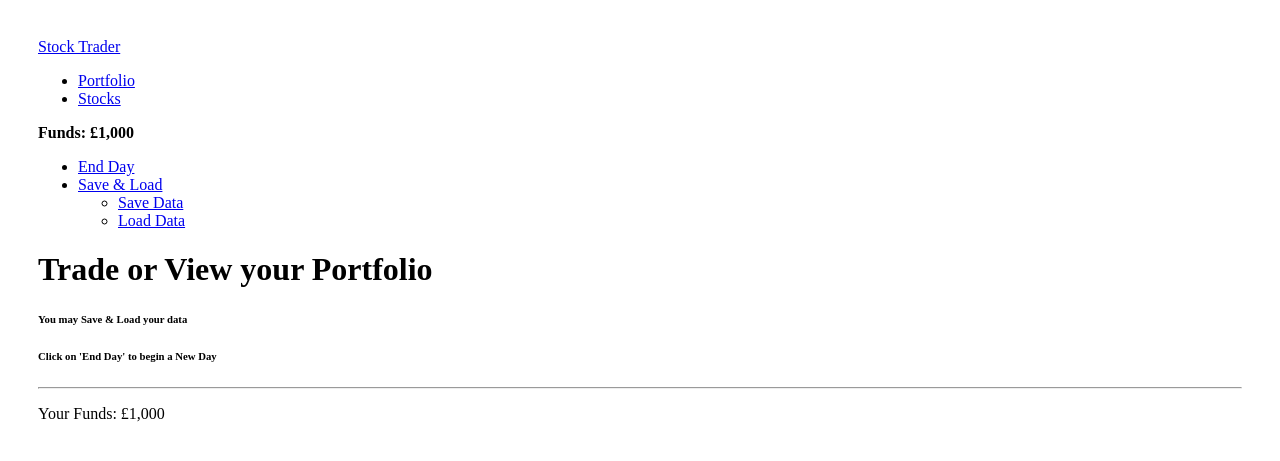
Repository: DaveBaulch/vue-course-stock-trader
Page: /
The author's editor kept a copy of each file at every save. The page is drawn from the files as they stood at one save, then again after a run of saves.
The browser window is 1280 px wide. The pictures show the whole page.
The project was rebuilt for these pictures with package versions that can differ from the ones it lists, and the page was loaded fresh each time. Also part of the build but not shown: webpack.config.js, src/components/portfolio/Stock.vue, src/components/portfolio/Portfolio.vue, src/components/stocks/Stock.vue, src/components/stocks/Stocks.vue.

Above is the page before, as saved 2021-01-25 14:06:40.

### src/main.js
import Vue from 'vue';
import VueRouter from 'vue-router';
import App from './App.vue';
import { routes } from './routes';
import store from './store/store.js';

Vue.use(VueRouter);

Vue.filter('currency', (value) => {
  return '£' + value.toLocaleString();
});

const router = new VueRouter({
  mode: 'history',
  routes
});

new Vue({
  el: '#app',
  router,
  store,
  render: (h) => h(App)
});

### src/App.vue
<template>
  <div class="container">
    <app-header></app-header>
    <div class="row">
      <div class="col-xs-12">
        <transition name="slide" mode="out-in">
          <router-view></router-view>
        </transition>
      </div>
    </div>
  </div>
</template>

<script>
import Header from './components/Header.vue';
export default {
  components: {
    appHeader: Header
  },
  created() {
    this.$store.dispatch('initStocks');
  }
};
</script>

<style>
body {
  padding: 30px;
}

.slide-enter-active {
  animation: slide-in 200ms ease-out forwards;
}

.slide-leave-active {
  animation: slide-out 200ms ease-out forwards;
}

@keyframes slide-in {
  from {
    opacity: 0;
    transform: translateY(-30px);
  }
  to {
    opacity: 1;
    transform: translateY(0);
  }
}

@keyframes slide-out {
  from {
    opacity: 1;
    transform: translateY(0);
  }
  to {
    opacity: 0;
    transform: translateY(-30px);
  }
}
</style>

### src/routes.js
import Home from './components/Home.vue';
import Portfolio from './components/portfolio/Portfolio.vue';
import Stocks from './components/stocks/stocks.vue';

export const routes = [
  { path: '/', component: Home },
  { path: '/portfolio', component: Portfolio },
  { path: '/stocks', component: Stocks }
];

### src/store/store.js
import Vue from 'vue';
import Vuex from 'vuex';
import stocks from './modules/stocks.js';
import portfolio from './modules/portfolio.js';

Vue.use(Vuex);

const store = new Vuex.Store({
  modules: {
    stocks,
    portfolio
  }
});

export default store;

### src/components/Header.vue
<template>
  <nav class="navbar navbar-default">
    <div class="container-fluid">
      <div class="navbar-header">
        <router-link to="/" class="navbar-brand">Stock Trader</router-link>
      </div>

      <div class="collapse navbar-collapse">
        <ul class="nav navbar-nav">
          <router-link to="/portfolio" activeClass="active" tag="li"
            ><a>Portfolio</a></router-link
          >
          <router-link to="/stocks" activeClass="active" tag="li"
            ><a>Stocks</a></router-link
          >
        </ul>
        <strong class="navbar-text navbar-right"
          >Funds: {{ funds | currency }}</strong
        >

        <ul class="nav navbar-nav navbar-right">
          <li><a href="#" @click="endDay">End Day</a></li>
          <li class="dropdown">
            <a
              href="#"
              class="dropdown-toggle"
              data-toggle="dropdown"
              role="button"
              aria-haspopup="true"
              aria-expanded="false"
              >Save & Load <span class="caret"></span
            ></a>
            <ul class="dropdown-menu">
              <li><a href="#">Save Data</a></li>
              <li><a href="#">Load Data</a></li>
            </ul>
          </li>
        </ul>
      </div>
      <!-- /.navbar-collapse -->
    </div>
    <!-- /.container-fluid -->
  </nav>
</template>

<script>
import { mapActions } from 'vuex';
export default {
  data() {
    return {
      isDropdownOpen: false
    };
  },
  computed: {
    funds() {
      return this.$store.getters.funds;
    }
  },
  methods: {
    ...mapActions(['randomizeStocks']),
    endDay() {
      this.randomizeStocks();
    }
  }
};
</script>

### src/components/Home.vue
<template>
  <div>
    <h1>Trade or View your Portfolio</h1>
    <h6>You may Save & Load your data</h6>
    <h6>Click on 'End Day' to begin a New Day</h6>
    <hr />
    <p>Your Funds: {{ funds | currency }}</p>
  </div>
</template>

<script>
export default {
  computed: {
    funds() {
      return this.$store.getters.funds;
    }
  }
};
</script>

### src/store/modules/stocks.js
import stocks from '../../data/stocks.js';

const state = {
  stocks: []
};

const mutations = {
  SET_STOCKS(state, stocks) {
    state.stocks = stocks;
  },
  RND_STOCKS(state) {
    state.stocks.forEach((stock) => {
      stock.price = Math.round(stock.price * (1 + Math.random() - 0.5));
    });
  }
};

const actions = {
  buyStock: ({ commit }, order) => {
    commit('BUY_STOCK', order);
  },
  initStocks: ({ commit }) => {
    commit('SET_STOCKS', stocks);
  },
  randomizeStocks: ({ commit }) => {
    commit('RND_STOCKS');
  }
};

const getters = {
  stocks: (state) => {
    return state.stocks;
  }
};

export default {
  state,
  mutations,
  actions,
  getters
};

### src/store/modules/portfolio.js
const state = {
  funds: 1000,
  stocks: []
};

const mutations = {
  BUY_STOCK(state, { stockId, quantity, stockPrice }) {
    const record = state.stocks.find((element) => element.id == stockId);
    if (record) {
      record.quantity += quantity;
    } else {
      state.stocks.push({
        id: stockId,
        quantity: quantity
      });
    }
    state.funds -= stockPrice * quantity;
  },
  SELL_STOCK(state, { stockId, quantity, stockPrice }) {
    const record = state.stocks.find((element) => element.id == stockId);
    if (record.quantity > quantity) {
      record.quantity -= quantity;
    } else {
      state.stocks.splice(state.stocks.indexOf(record)); // remove item from array
    }
    state.funds += stockPrice * quantity;
  }
};

const actions = {
  sellStock: ({ commit }, order) => {
    commit('SELL_STOCK', order);
  }
};

const getters = {
  stockPortfolio(state, getters) {
    return state.stocks.map((stock) => {
      const record = getters.stocks.find((element) => element.id == stock.id); //stocks getter in stocks module
      return {
        id: stock.id,
        quantity: stock.quantity,
        name: record.name,
        price: record.price
      };
    });
  },
  funds(state) {
    return state.funds;
  }
};

export default {
  state,
  mutations,
  actions,
  getters
};

### src/data/stocks.js
export default [
  { id: 1, name: 'BMW', price: 110 },
  { id: 2, name: 'Google', price: 200 },
  { id: 3, name: 'Apple', price: 250 },
  { id: 4, name: 'Twitter', price: 8 }
];

After the next 2 saves:
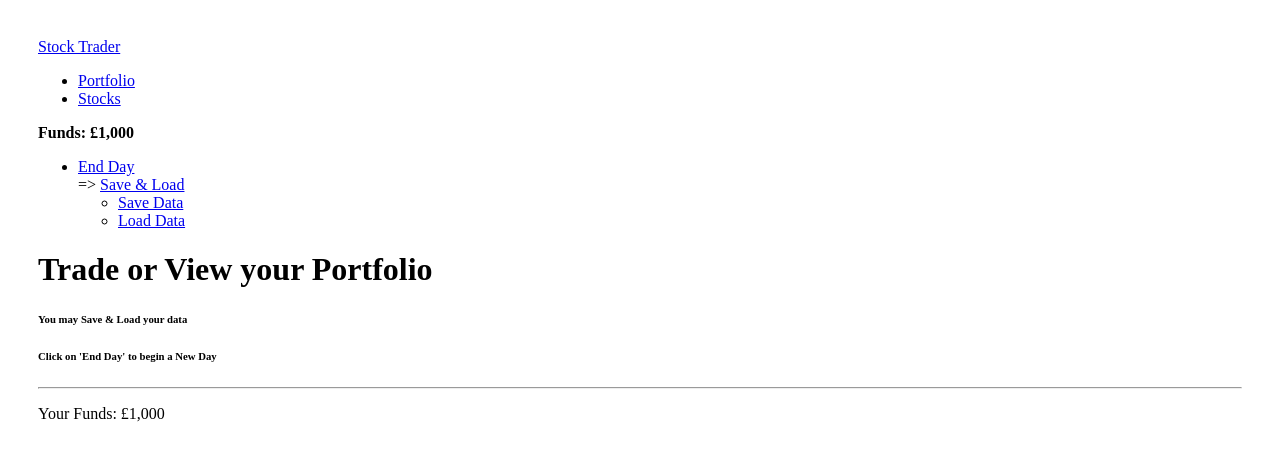
The 2 saves are shown as one change because they came seconds apart.
The last was saved 94 s later.
--- a/src/components/Header.vue
+++ b/src/components/Header.vue
@@ -20,7 +20,7 @@
 
         <ul class="nav navbar-nav navbar-right">
           <li><a href="#" @click="endDay">End Day</a></li>
-          <li class="dropdown">
+          <li class="dropdown" :class=>
             <a
               href="#"
               class="dropdown-toggle"

After the 3 saves that followed:
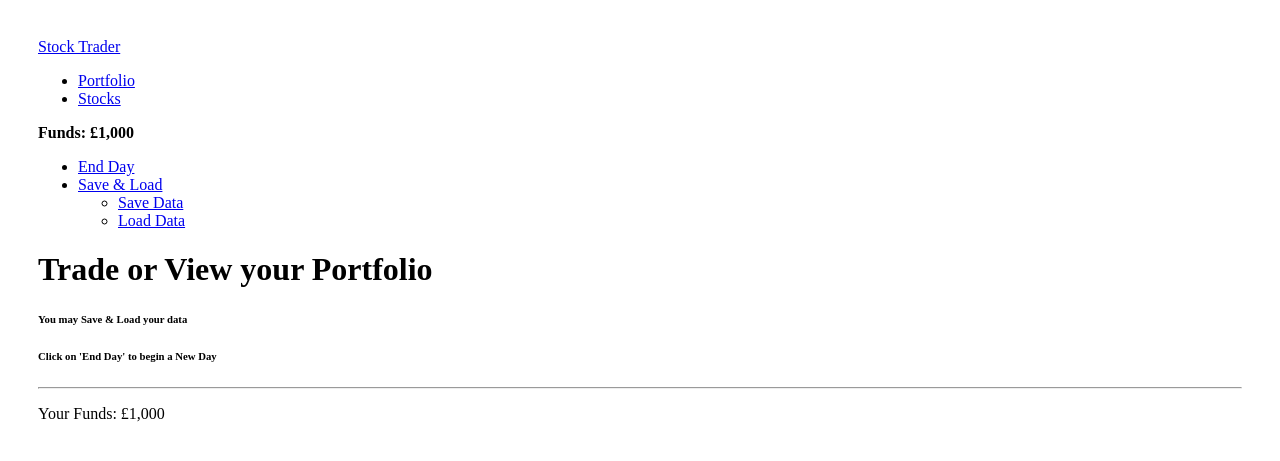
The 3 saves are shown as one change because 1 did not build or start and some came seconds apart.
The last was saved 12 s later.
--- a/src/components/Header.vue
+++ b/src/components/Header.vue
@@ -20,7 +20,7 @@
 
         <ul class="nav navbar-nav navbar-right">
           <li><a href="#" @click="endDay">End Day</a></li>
-          <li class="dropdown" :class=>
+          <li class="dropdown" :class="{ open: isDropdownOpen }">
             <a
               href="#"
               class="dropdown-toggle"
